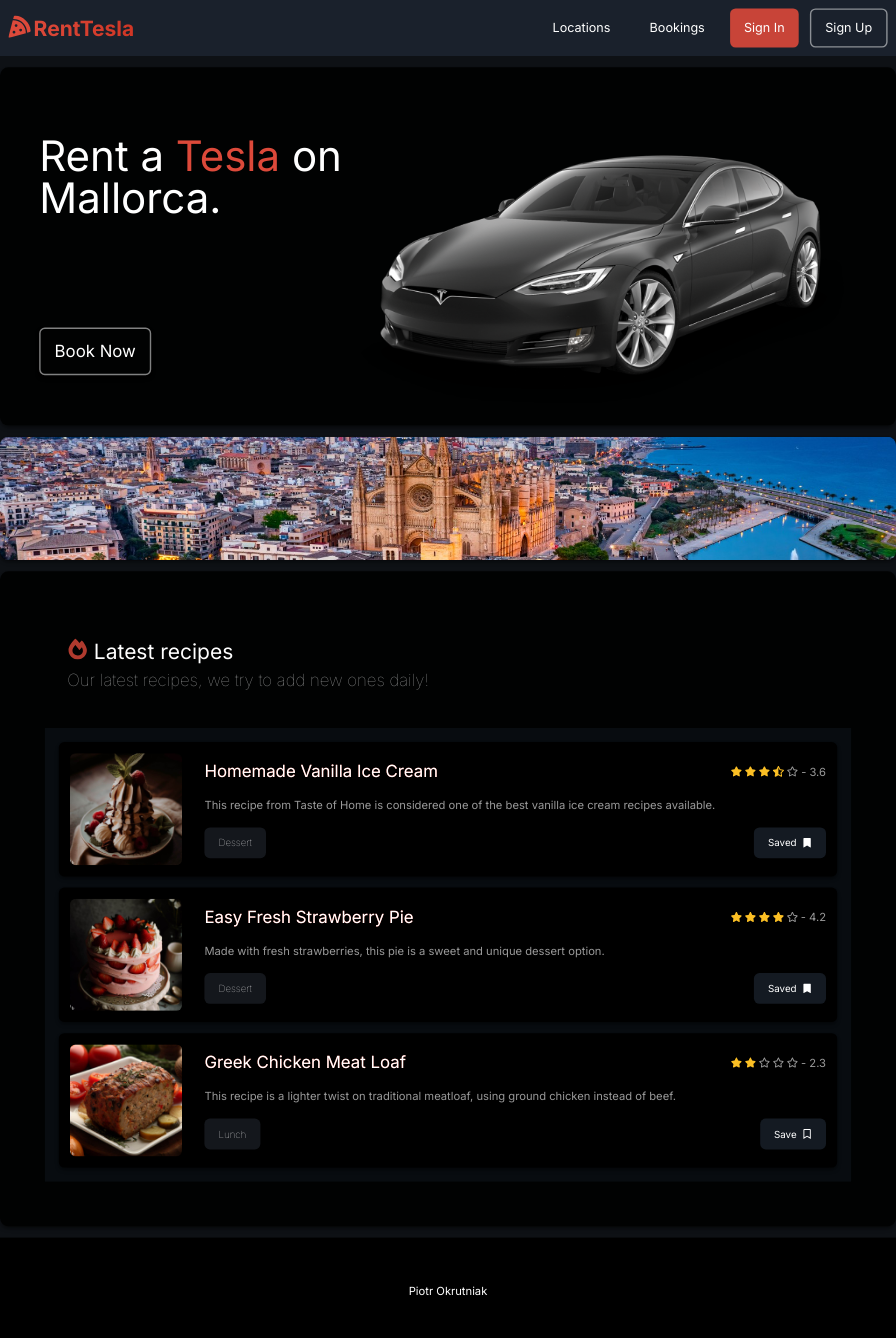
Repository: piotrokrutniak/RentallApp.UI
Page: /
The author's editor kept a copy of each file at every save. The page is drawn from the files as they stood at one save, then again after the next save.
The browser window is 1280 px wide. The pictures show the whole page, at 70% of full size.
The project was rebuilt for these pictures with package versions that can differ from the ones it lists, and the page was loaded fresh each time. The framework's server and built-in components were replaced by stand-ins that run in the browser. Also part of the build but not shown: next.config.js.

Above is the page before, as saved 2023-10-05 21:10:07.

After the next save:
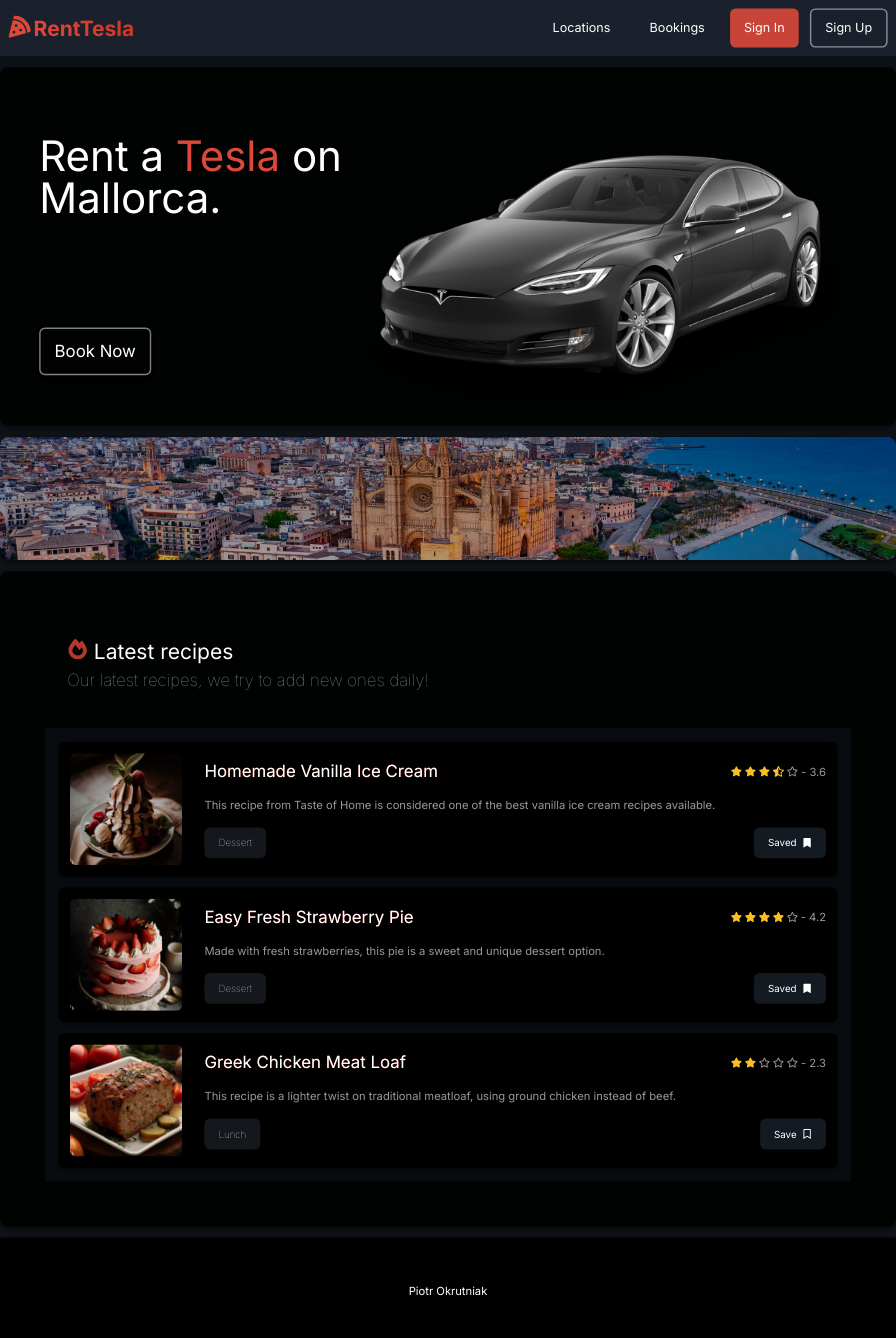
Saved 6 s later.
--- a/src/app/page.tsx
+++ b/src/app/page.tsx
@@ -35,7 +35,7 @@
       </section>
 
       <section id="searchbar-section" className='overflow-clip max-w-7xl relative bg-black/90 px-7 h-44 m-auto w-full  p-8 sm:px-16 rounded-xl shadow-md shadow-black/40 flex-col'>
-        <Image src={lunch} layout="fill" objectFit="cover" alt="Breakfast Photo" className="w-full group-hover:opacity-50"/>
+        <Image src={lunch} layout="fill" objectFit="cover" alt="Breakfast Photo" className="w-full opacity-70 group-hover:opacity-50"/>
       </section>
 
       <section id="top-picks-section" className='max-w-7xl bg-black/90 m-auto w-full sm:p-8 rounded-xl shadow-md shadow-black/40 flex-col'>
